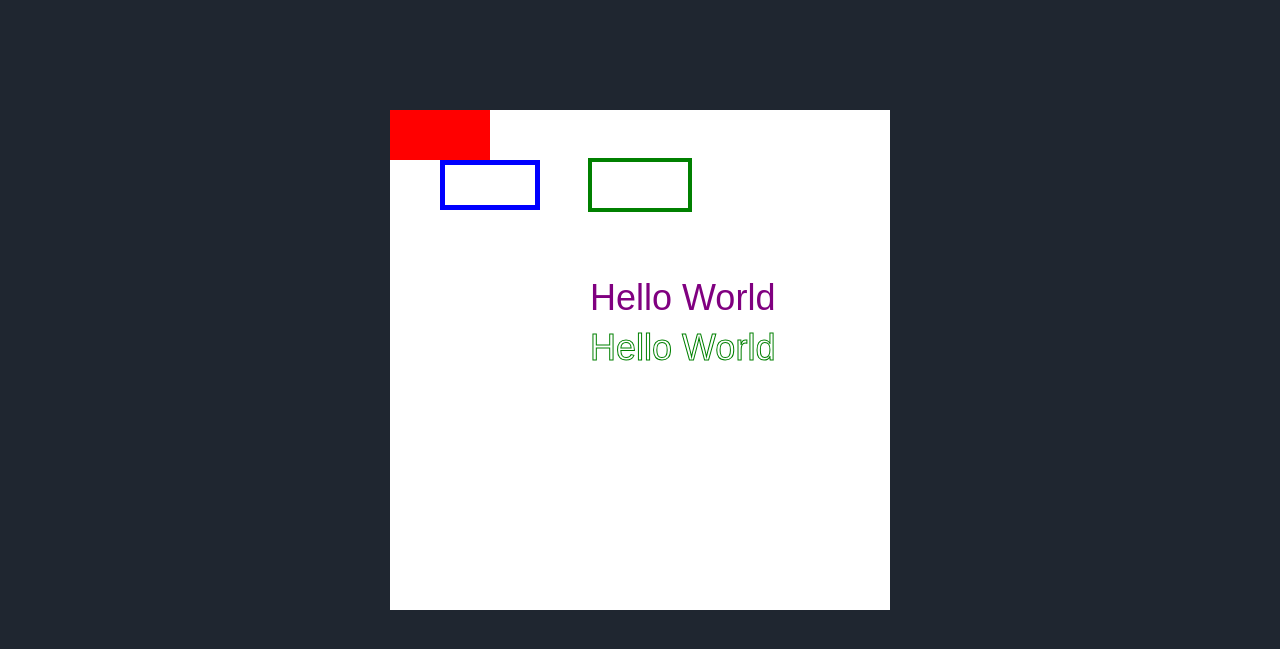
Repository: thecodeholic/cst-javascript-course
Page: /
These files come from the project's save history. The page is drawn as it stood at one moment and after the next save; the edit follows.
The browser window is 1280 px wide. The pictures show the whole page.
The project was rebuilt for these pictures with package versions that can differ from the ones it lists, and the page was loaded fresh each time.

Above is the page before, as saved 2020-11-25 10:39:10.

### index.html
<!doctype html>
<html lang="en">
  <head>
    <!-- Required meta tags -->
    <meta charset="utf-8">
    <meta name="viewport" content="width=device-width, initial-scale=1, shrink-to-fit=no">

    <!-- Bootstrap CSS -->
    <link rel="stylesheet" href="https://stackpath.bootstrapcdn.com/bootstrap/4.5.2/css/bootstrap.min.css" integrity="sha384-JcKb8q3iqJ61gNV9KGb8thSsNjpSL0n8PARn9HuZOnIxN0hoP+VmmDGMN5t9UJ0Z" crossorigin="anonymous">

    <title>Javascript Course</title>

    <link rel="stylesheet" href="app.css">
  </head>
  <body>
    <canvas id="myCanvas" width="500" height="500">Your browser does not support canvas</canvas>
    <script src="app.js"></script>
    <!-- <script src="homework.js"></script> -->
  </body>
</html>

### app.css
* {
    box-sizing: border-box;
}
html {
    height: 100%;
}

body {
    background-color: rgb(31, 38, 48);
    display: flex;
    align-items: center;
    justify-content: center;
    height: 100%;;
}

canvas {
    background-color: #FFF;

}

### app.js
// What is canvas?
// https://developer.mozilla.org/en-US/docs/Web/API/Canvas_API/Tutorial
// https://www.w3schools.com/html/html5_canvas.asp
// https://www.w3schools.com/graphics/canvas_intro.asp
// https://www.w3schools.com/graphics/canvas_reference.asp
// https://developer.mozilla.org/en-US/docs/Web/API/Canvas_API

// How to create it and use it
const canvas = document.getElementById('myCanvas');
const ctx = canvas.getContext('2d');

// Draw rectangles
// =================
// fillRect
ctx.fillStyle = 'blue';
ctx.fillRect(50, 50, 100, 50);

ctx.fillStyle = 'red';
ctx.fillRect(0, 0, 100, 50);

function degToRad(deg) {
    return (Math.PI/180) * deg;
}

// strokeRect
ctx.strokeStyle = 'green';
ctx.lineWidth = 4;
ctx.strokeRect(200, 50, 100, 50);

// clearRect
ctx.clearRect(55, 55, 90, 40);

// fillText
ctx.font = '36px Arial';
ctx.fillStyle = 'purple';
ctx.fillText("Hello World", 200, 200)

// strokeText
ctx.lineWidth = 1;
ctx.strokeText("Hello World", 200, 250);

// // Paths   beginPath, moveTo, lineTo, closePath, stroke, fill
// // ==============
// ctx.beginPath();
// ctx.moveTo(200, 300);
// ctx.lineTo(300, 300);
// ctx.lineTo(300, 400);
// ctx.closePath();
// ctx.stroke();

// // Arcs
// // ====================
// ctx.beginPath();
// ctx.lineWidth = 4;
// ctx.arc(100, 300, 50, 0, 2 * Math.PI);
// ctx.stroke();

// ctx.beginPath();
// ctx.moveTo(75, 25);
// ctx.quadraticCurveTo(25, 25, 25, 62.5);
// ctx.quadraticCurveTo(25, 100, 50, 100);
// ctx.quadraticCurveTo(50, 120, 30, 125);
// ctx.quadraticCurveTo(60, 120, 65, 100);
// ctx.quadraticCurveTo(125, 100, 125, 62.5);
// ctx.quadraticCurveTo(125, 25, 75, 25);
// ctx.stroke();

// Draw image
// ====================
// const image = new Image();
// image.src = 'char.png';
// image.onload = function() {
//     canvas.width = 100;
//     canvas.height = 100;
//     ctx.drawImage(image, 0, 0);
//     const data = ctx.getImageData(130, 130, 30, 30);
//     console.log(data);
//     ctx.putImageData(data, 200, 200);
// }

// Write text
// ====================

// Ball animation
// const ball = {
//     x: 100,
//     y: 100,
//     r: 20,
//     dx: 0,
//     dy: 0
// };


// function clear(){
//     ctx.clearRect(0, 0, canvas.width, canvas.height)
// }

// function drawBall() {
//     clear();
//     ctx.beginPath();

//     if (ball.x + ball.r >= canvas.width || ball.x - ball.r <= 0) {
//         ball.dx *= -1;
//     }
//     if (ball.y + ball.r >= canvas.height || ball.y - ball.r <= 0) {
//         ball.dy *= -1;
//     }

//     ctx.arc(ball.x, ball.y, ball.r, 0, 2 * Math.PI);
//     ctx.fillStyle = 'green'
//     ctx.fill();

//     ball.x += ball.dx;
//     ball.y += ball.dy;
// }

// function update() {
//     drawBall();

//     requestAnimationFrame(update);
// }

// document.addEventListener('keydown', function(ev) {
//     console.log(ev);
//     if (ev.key === 'ArrowRight') {
//         ball.dx = 3;
//     } else if (ev.key === 'ArrowLeft') {
//         ball.dx = -3;
//     } else if (ev.key === 'ArrowUp') {
//         ball.dy = -3;
//     } else if (ev.key === 'ArrowDown') {
//         ball.dy = 3;
//     }

// });

// document.addEventListener('keyup', function() {
//     ball.dx = 0;
//     ball.dy = 0;
// })

// update();

Loaded but not shown: src/index.js (no copy from this time; the picture is the same without it)

After the next save:
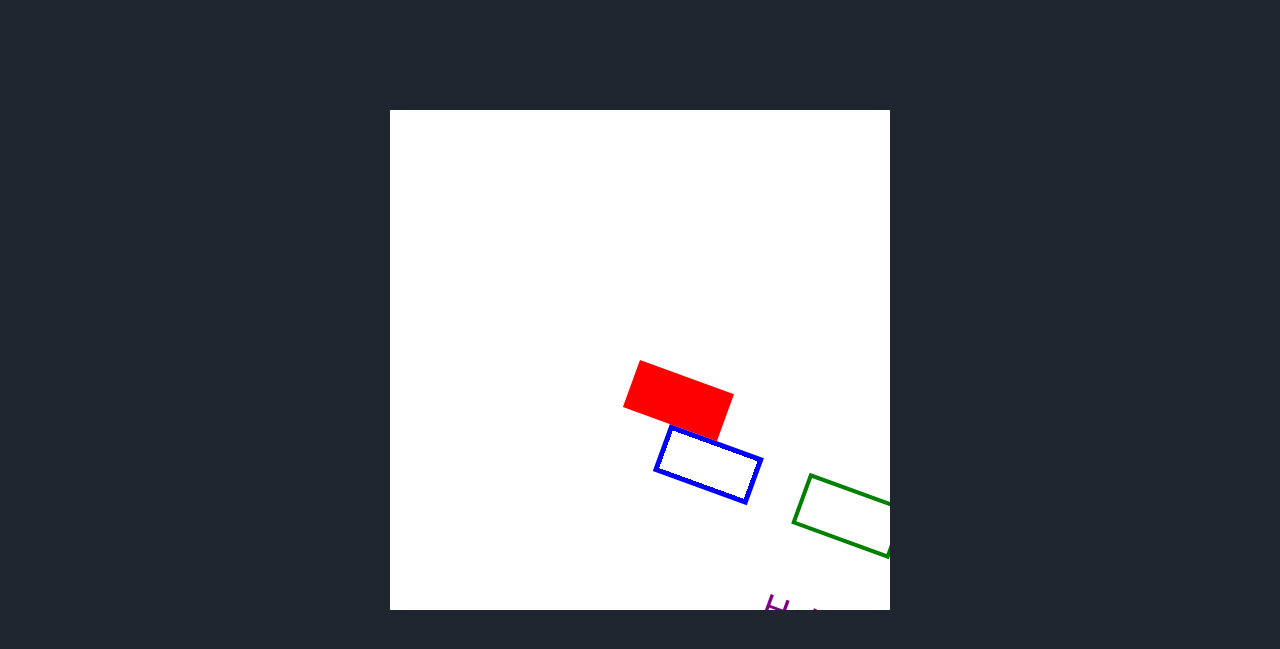
Saved 27 s later.
--- a/app.js
+++ b/app.js
@@ -8,6 +8,9 @@
 // How to create it and use it
 const canvas = document.getElementById('myCanvas');
 const ctx = canvas.getContext('2d');
+
+ctx.translate(canvas.width/2, canvas.height/2);
+ctx.rotate(degToRad(20))
 
 // Draw rectangles
 // =================
